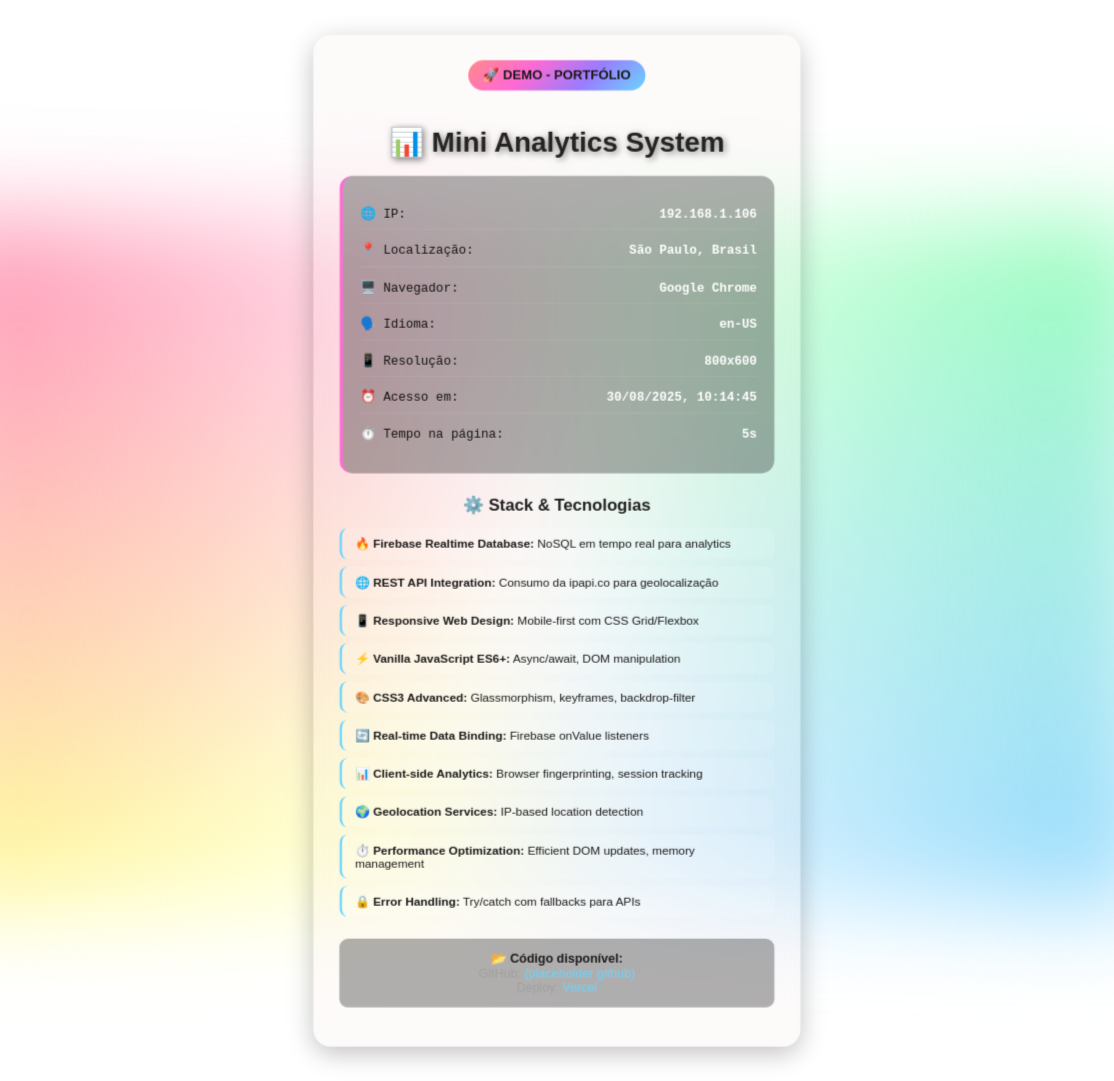
Repository: nardogod/mini-analytics
Page: mini.html
These files come from the project's save history. The page is drawn as it stood at one moment and after the next save; the edit follows.
The browser window is 1280 px wide. The pictures show the whole page, at 87% of full size.

Above is the page before, as saved 2025-08-30 10:46:45.

### mini.html
<!DOCTYPE html>
<html lang="pt-BR">
  <head>
    <meta charset="UTF-8" />
    <meta name="viewport" content="width=device-width, initial-scale=1.0" />
    <title>Demo Analytics - Portfólio</title>
    <style>
      body {
        margin: 0;
        font-family: "Poppins", sans-serif;
        display: flex;
        justify-content: center;
        align-items: center;
        min-height: 100vh;
        overflow-x: hidden;
        color: #1b1919;
        text-align: center;
        padding: 20px 0;
      }

      /* Fundo vibrante com bolhas coloridas */
      .background {
        position: fixed;
        width: 100%;
        height: 100%;
        background: radial-gradient(
            circle at top left,
            rgba(255, 100, 150, 0.7),
            transparent 50%
          ),
          radial-gradient(
            circle at bottom right,
            rgba(100, 200, 255, 0.7),
            transparent 50%
          ),
          radial-gradient(
            circle at top right,
            rgba(100, 255, 150, 0.7),
            transparent 50%
          ),
          radial-gradient(
            circle at bottom left,
            rgba(255, 255, 100, 0.7),
            transparent 50%
          );
        filter: blur(50px);
        animation: moveBubbles 10s infinite alternate ease-in-out;
        z-index: -1;
      }

      @keyframes moveBubbles {
        0% {
          transform: translate(0, 0) scale(1);
        }
        50% {
          transform: translate(-25px, 25px) scale(1.1);
        }
        100% {
          transform: translate(25px, -25px) scale(1);
        }
      }

      .container {
        background: rgba(240, 222, 222, 0.15);
        border-radius: 20px;
        padding: 30px;
        width: 90%;
        max-width: 500px;
        box-shadow: 0 8px 30px rgba(0, 0, 0, 0.25);
        backdrop-filter: blur(20px);
        margin: 20px;
      }

      h1 {
        font-size: 2rem;
        margin-bottom: 20px;
        color: #242222;
        text-shadow: 2px 2px 8px rgba(0, 0, 0, 0.5);
      }

      .demo-badge {
        display: inline-block;
        background: linear-gradient(135deg, #ff8a8a, #ff6ad5, #9a7dff, #6ad5ff);
        padding: 8px 16px;
        border-radius: 25px;
        font-size: 0.9rem;
        font-weight: bold;
        margin-bottom: 20px;
        animation: pulse 2s infinite;
      }

      @keyframes pulse {
        0%,
        100% {
          transform: scale(1);
        }
        50% {
          transform: scale(1.05);
        }
      }

      .analytics-display {
        background: rgba(0, 0, 0, 0.3);
        border-radius: 15px;
        padding: 20px;
        margin: 20px 0;
        text-align: left;
        font-family: "Courier New", monospace;
        font-size: 0.9rem;
        line-height: 1.6;
        border-left: 4px solid #ff6ad5;
      }

      .metric {
        display: flex;
        justify-content: space-between;
        margin: 8px 0;
        padding: 5px 0;
        border-bottom: 1px solid rgba(255, 255, 255, 0.1);
      }

      .metric:last-child {
        border-bottom: none;
      }

      .label {
        color: #131212;
        font-weight: 500;
      }

      .value {
        color: #fff;
        font-weight: bold;
      }

      .tecnicas {
        margin-top: 25px;
        font-size: 0.85rem;
        text-align: left;
      }

      .tecnicas h2 {
        font-size: 1.2rem;
        margin-bottom: 15px;
        text-align: center;
        color: #201f1f;
      }

      .tecnicas ul {
        list-style: none;
        padding: 0;
      }

      .tecnicas li {
        background: rgba(255, 255, 255, 0.1);
        margin: 8px 0;
        padding: 10px 15px;
        border-radius: 10px;
        border-left: 3px solid #6ad5ff;
      }

      .live-indicator {
        display: inline-block;
        width: 8px;
        height: 8px;
        background: #4ade80;
        border-radius: 50%;
        animation: blink 1.5s infinite;
        margin-right: 8px;
      }

      @keyframes blink {
        0%,
        50% {
          opacity: 1;
        }
        51%,
        100% {
          opacity: 0.3;
        }
      }

      .visitors-count {
        background: linear-gradient(135deg, #4ade80, #22d3ee);
        padding: 10px 20px;
        border-radius: 25px;
        margin: 15px 0;
        font-weight: bold;
        display: inline-block;
      }
    </style>
  </head>
  <body>
    <div class="background"></div>
    <div class="container">
      <div class="demo-badge">🚀 DEMO - PORTFÓLIO</div>
      <h1>📊 Mini Analytics System</h1>

      <div class="analytics-display" id="analytics">
        <div class="metric">
          <span class="label">🌐 IP:</span>
          <span class="value" id="ip">Detectando...</span>
        </div>
        <div class="metric">
          <span class="label">📍 Localização:</span>
          <span class="value" id="location">Carregando...</span>
        </div>
        <div class="metric">
          <span class="label">🖥️ Navegador:</span>
          <span class="value" id="browser">Analisando...</span>
        </div>
        <div class="metric">
          <span class="label">🗣️ Idioma:</span>
          <span class="value" id="language">--</span>
        </div>
        <div class="metric">
          <span class="label">📱 Resolução:</span>
          <span class="value" id="screen">--</span>
        </div>
        <div class="metric">
          <span class="label">⏰ Acesso em:</span>
          <span class="value" id="timestamp">--</span>
        </div>
        <div class="metric">
          <span class="label">⏱️ Tempo na página:</span>
          <span class="value" id="sessionTime">0s</span>
        </div>
      </div>

      <div class="tecnicas">
        <h2>⚙️ Stack & Tecnologias</h2>
        <ul>
          <li>
            🔥 <strong>Firebase Realtime Database:</strong> NoSQL em tempo real
            para analytics
          </li>
          <li>
            🌐 <strong>REST API Integration:</strong> Consumo da ipapi.co para
            geolocalização
          </li>
          <li>
            📱 <strong>Responsive Web Design:</strong> Mobile-first com CSS
            Grid/Flexbox
          </li>
          <li>
            ⚡ <strong>Vanilla JavaScript ES6+:</strong> Async/await, DOM
            manipulation
          </li>
          <li>
            🎨 <strong>CSS3 Advanced:</strong> Glassmorphism, keyframes,
            backdrop-filter
          </li>
          <li>
            🔄 <strong>Real-time Data Binding:</strong> Firebase onValue
            listeners
          </li>
          <li>
            📊 <strong>Client-side Analytics:</strong> Browser fingerprinting,
            session tracking
          </li>
          <li>
            🌍 <strong>Geolocation Services:</strong> IP-based location
            detection
          </li>
          <li>
            ⏱️ <strong>Performance Optimization:</strong> Efficient DOM updates,
            memory management
          </li>
          <li>
            🔒 <strong>Error Handling:</strong> Try/catch com fallbacks para
            APIs
          </li>
        </ul>

        <div style="margin-top: 25px; text-align: center; font-size: 0.9rem">
          <div
            style="
              background: rgba(0, 0, 0, 0.3);
              padding: 15px;
              border-radius: 10px;
              margin: 15px 0;
            "
          >
            <strong>📂 Código disponível:</strong><br />
            <span style="color: #a0a0a0">GitHub: </span
            ><span style="color: #6ad5ff">(placeholder github)</span><br />
            <span style="color: #a0a0a0">Deploy: </span
            ><span style="color: #6ad5ff">Vercel</span>
          </div>
        </div>
      </div>
    </div>

    <script>
      // Simulação das funcionalidades para demonstração no portfólio
      let sessionTime = 0;
      let visitorsCount = Math.floor(Math.random() * 50) + 100; // Simula contagem

      // Função para detectar informações do cliente
      function coletarDados() {
        // Dados básicos do navegador (funcionam em qualquer ambiente)
        const navegador = getBrowserInfo();
        const idioma = navigator.language || "pt-BR";
        const tela = `${window.screen.width}x${window.screen.height}`;
        const acessoEm = new Date().toLocaleString("pt-BR");

        // Atualiza dados básicos imediatamente
        document.getElementById("browser").textContent = navegador;
        document.getElementById("language").textContent = idioma;
        document.getElementById("screen").textContent = tela;
        document.getElementById("timestamp").textContent = acessoEm;

        // Simula carregamento de IP e localização
        setTimeout(() => {
          document.getElementById("ip").textContent =
            "192.168.1." + Math.floor(Math.random() * 255);
          document.getElementById("location").textContent = "São Paulo, Brasil";
        }, 1500);

        // Simula Firebase - contador de visitantes (removido para mostrar apenas dados reais)
        // Em produção: Firebase Realtime Database com runTransaction para contadores globais

        // Timer de sessão
        setInterval(() => {
          sessionTime++;
          const minutes = Math.floor(sessionTime / 60);
          const seconds = sessionTime % 60;
          const timeDisplay =
            minutes > 0 ? `${minutes}m ${seconds}s` : `${seconds}s`;
          document.getElementById("sessionTime").textContent = timeDisplay;
        }, 1000);
      }

      // Função para identificar o navegador
      function getBrowserInfo() {
        const ua = navigator.userAgent;
        let browser = "Desconhecido";

        if (ua.includes("Chrome") && !ua.includes("Edge")) {
          browser = "Google Chrome";
        } else if (ua.includes("Firefox")) {
          browser = "Mozilla Firefox";
        } else if (ua.includes("Safari") && !ua.includes("Chrome")) {
          browser = "Safari";
        } else if (ua.includes("Edge")) {
          browser = "Microsoft Edge";
        } else if (ua.includes("Opera")) {
          browser = "Opera";
        }

        return browser;
      }

      // Simula requisição para API de geolocalização
      async function tentarGeolocalizacao() {
        try {
          // Em um ambiente real, faria: const res = await fetch("https://ipapi.co/json/");
          // Aqui simulamos o comportamento para o portfólio
          await new Promise((resolve) => setTimeout(resolve, 1000));
          return {
            ip: "187.45.123." + Math.floor(Math.random() * 255),
            city: "São Paulo",
            country_name: "Brasil",
          };
        } catch (e) {
          console.log("Simulação: Erro ao buscar localização", e);
          return {
            ip: "N/A",
            city: "N/A",
            country_name: "N/A",
          };
        }
      }

      // Inicializa a aplicação
      coletarDados();

      // Adiciona efeito de hover nos itens das técnicas
      document.addEventListener("DOMContentLoaded", () => {
        const tecnicasItems = document.querySelectorAll(".tecnicas li");
        tecnicasItems.forEach((item) => {
          item.addEventListener("mouseenter", () => {
            item.style.background = "rgba(255, 255, 255, 0.2)";
            item.style.transform = "translateX(5px)";
            item.style.transition = "all 0.3s ease";
          });

          item.addEventListener("mouseleave", () => {
            item.style.background = "rgba(255, 255, 255, 0.1)";
            item.style.transform = "translateX(0px)";
          });
        });
      });
    </script>
  </body>
</html>

After the next save:
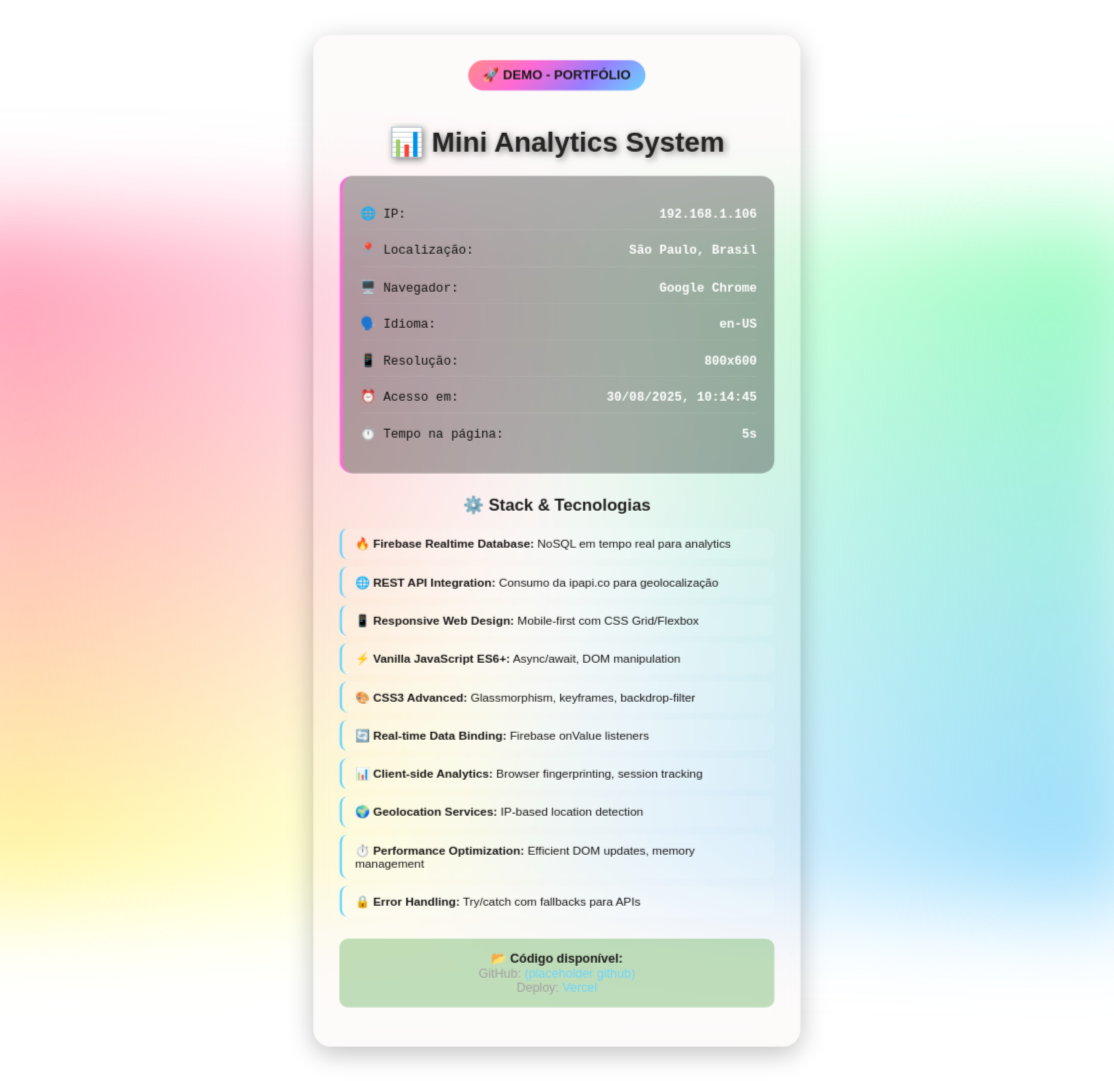
Saved 2 min 42 s later.
--- a/mini.html
+++ b/mini.html
@@ -275,7 +275,7 @@
         <div style="margin-top: 25px; text-align: center; font-size: 0.9rem">
           <div
             style="
-              background: rgba(0, 0, 0, 0.3);
+              background: rgba(55, 156, 41, 0.3);
               padding: 15px;
               border-radius: 10px;
               margin: 15px 0;
